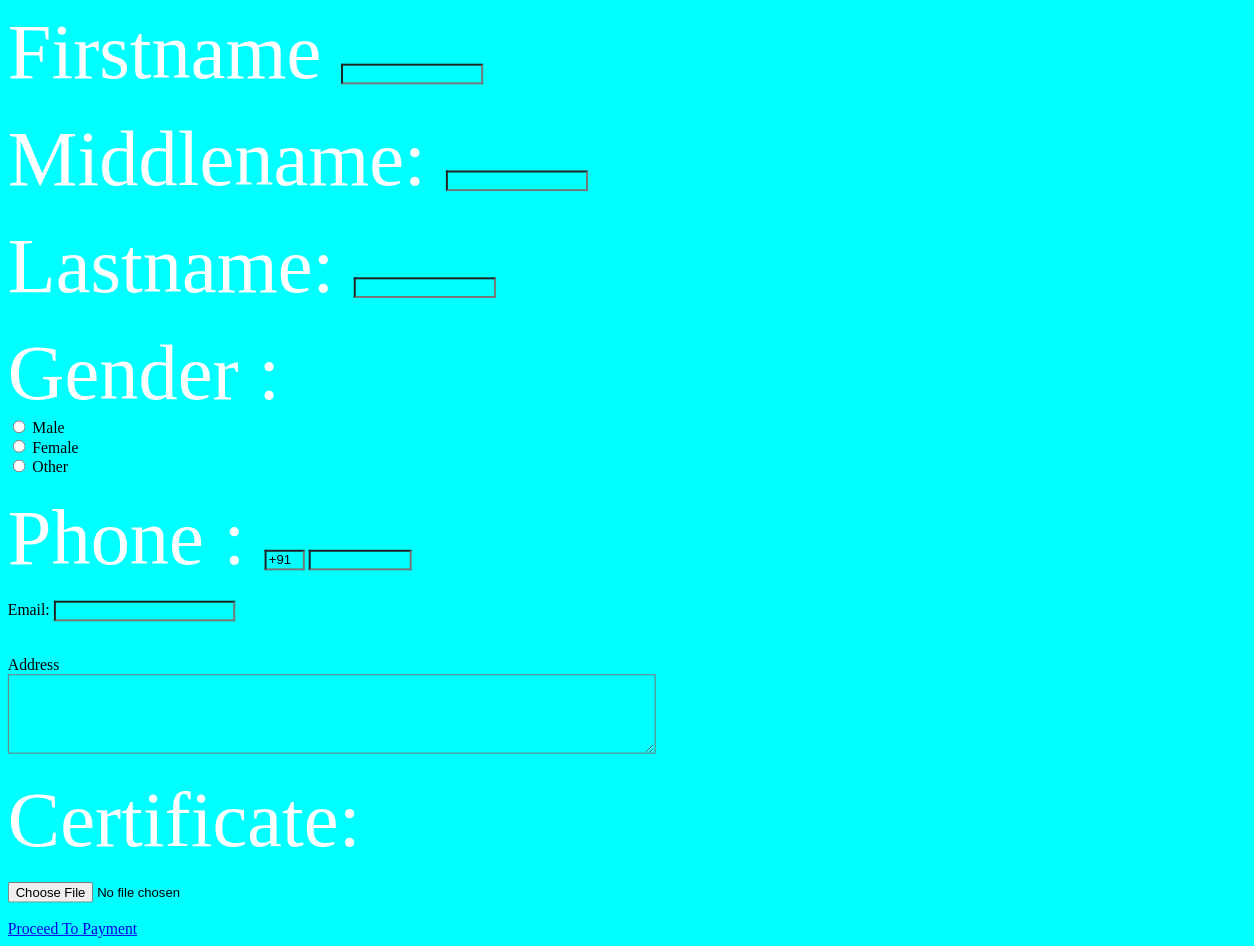
Repository: sarthakkathpalia/elliptical
Page: html/form.html
An editor plug-in stored every save of this project. The page is shown before and after the next save, followed by the edit.
The browser window is 1280 px wide. The pictures show the whole page, at 98% of full size.

Above is the page before, as saved 2021-10-30 17:13:04.

### html/form.html
<!DOCTYPE html>
<html lang="en">
<head>
    <meta charset="UTF-8">
    <meta http-equiv="X-UA-Compatible" content="IE=edge">
    <meta name="viewport" content="width=device-width, initial-scale=1.0">
    <title>form</title>
</head>
<style>
        *{
            background-color: aqua;
        }
        label{
            font-size: 80px;
            color: white;
        }

</style>
<body>
    <form >

        <label> Firstname </label>
        <input type="text" name="firstname" size="15"/> <br> <br>
        <label> Middlename: </label>
        <input type="text" name="middlename" size="15"/> <br> <br>
        <label> Lastname: </label>
        <input type="text" name="lastname" size="15"/> <br> <br>

        <label>
        Gender :
        </label><br>
        <input type="radio" name="male"/> Male <br>
        <input type="radio" name="female"/> Female <br>
        <input type="radio" name="other"/> Other
        <br>
        <br>

        <label>
        Phone :
        </label>
        <input type="text" name="country code"  value="+91" size="2"/>
        <input type="text" name="phone" size="10"/> <br> <br>
        Email:
        <input type="email" id="email" name="email"/> <br>
        <br> <br>
        Address
        <br>
        <textarea cols="80" rows="5" value="address">
        </textarea>
        <br> <br>

        <label>
            Certificate:
        </label>
        <br>
        <br>
        <input type="file" id="image-input" accept="image/*">
        <br>
        <br>
        <a href="index.html">Proceed To Payment</a>
        <!-- <button type="submit">Proceed To Payment</button> -->
        </form>
</body>
</html>

After the next save:
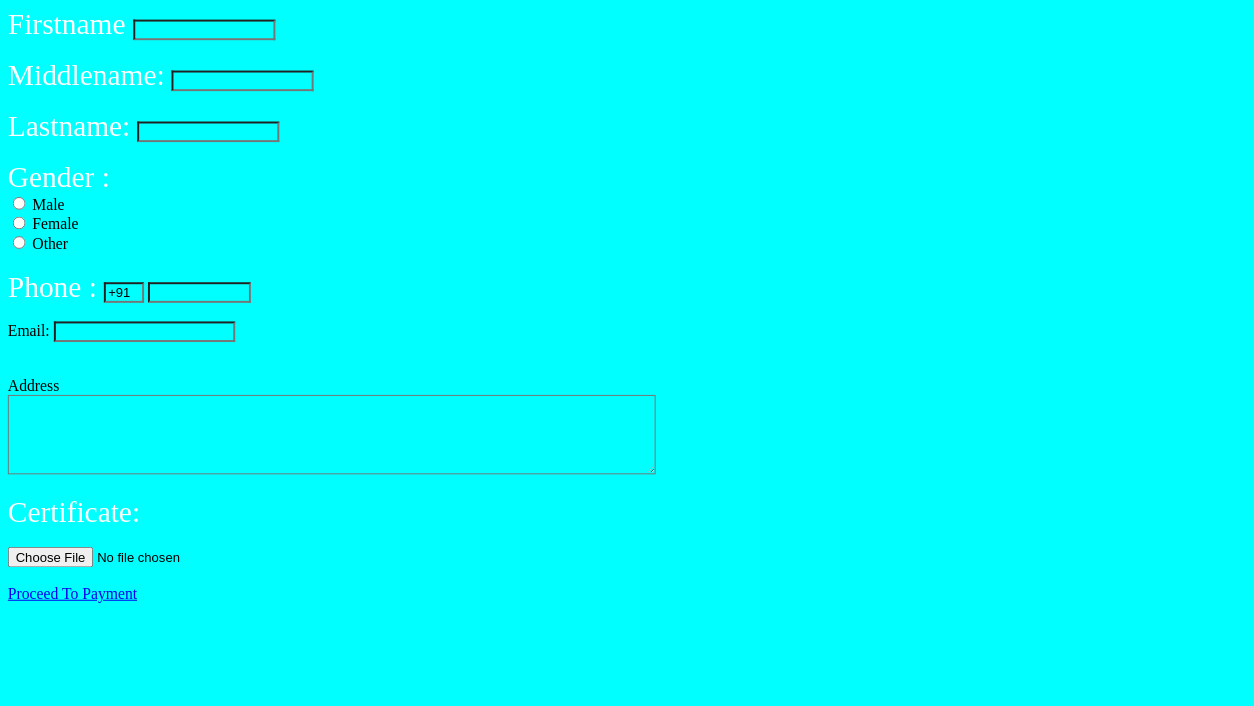
Saved 24 s later.
--- a/html/form.html
+++ b/html/form.html
@@ -11,7 +11,7 @@
             background-color: aqua;
         }
         label{
-            font-size: 80px;
+            font-size: 30px;
             color: white;
         }
 
